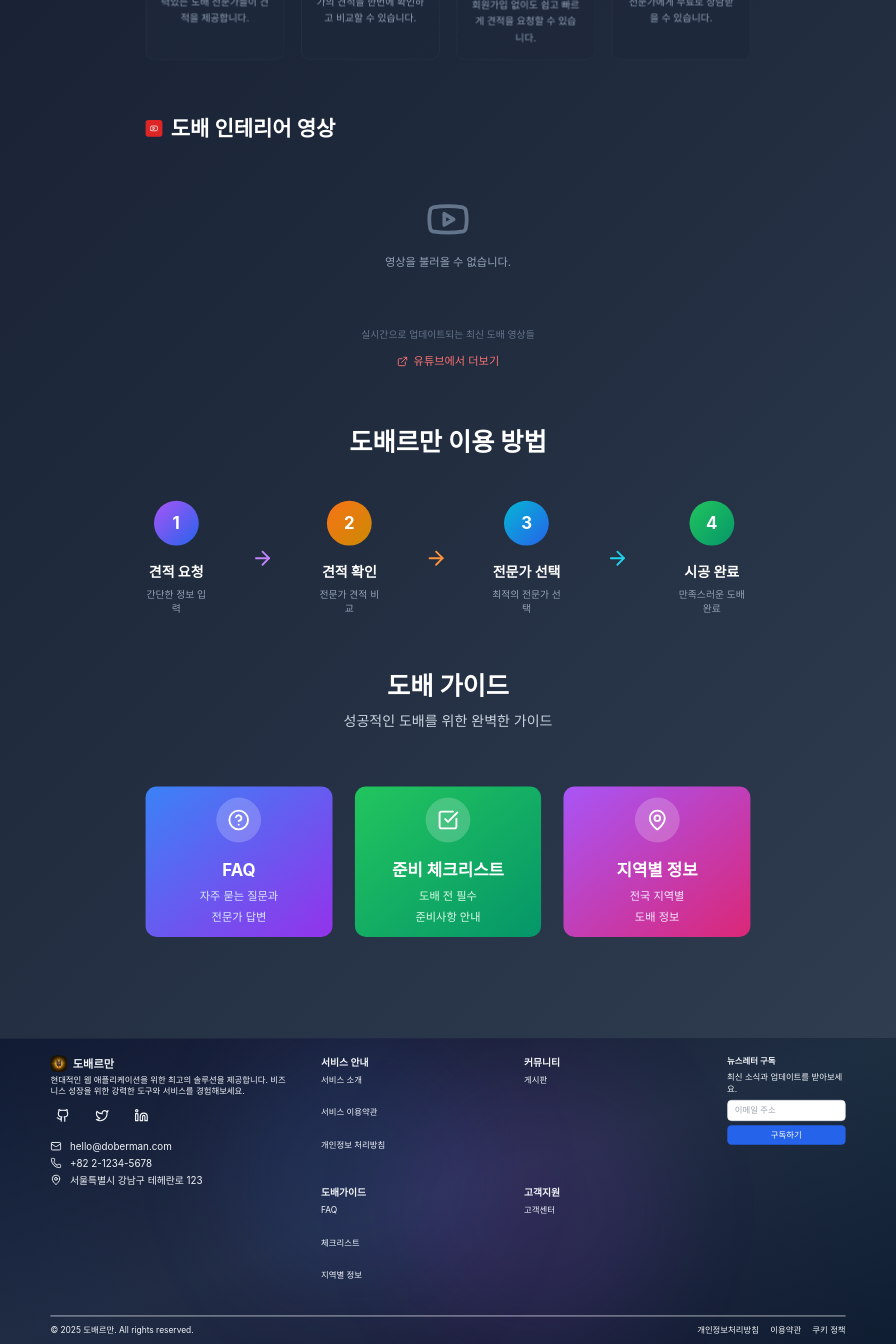
Repository: rambozzang/doberman_nextjs
Page: /
These files come from the project's save history. The page is drawn as it stood at one moment and after the next save; the edit follows.
The browser window is 1280 px wide. The pictures show the part of the page from y = 1519 to 3439 px (the page is 3439 px tall), at 70% of full size.
The page's requests for data from a server got no answer. The project was rebuilt for these pictures with package versions that can differ from the ones it lists, and the page was loaded fresh each time. The framework's server and built-in components were replaced by stand-ins that run in the browser. No one was signed in, and anything a server would have sent is missing. Also part of the build but not shown: next.config.mjs, next.config.ts, src/components/AutoLogoutWarning.tsx, src/components/ForgotPasswordModal.tsx, src/components/LoginModal.tsx, src/components/RegisterModal.tsx.

Above is the page before, as saved 2025-06-28 01:42:57.

After the next save:
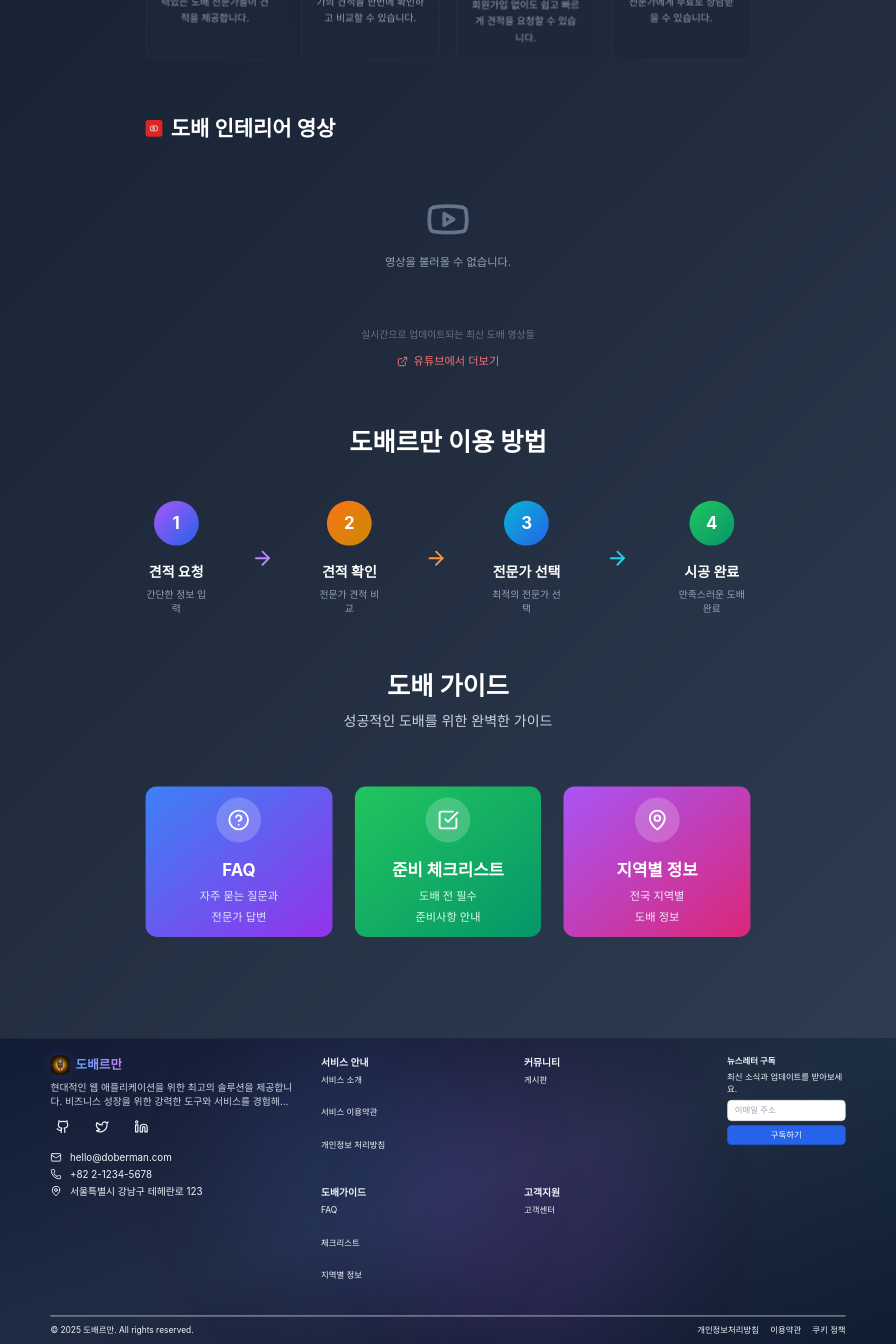
Saved 13 s later.
--- a/src/components/Footer.tsx
+++ b/src/components/Footer.tsx
@@ -129,11 +129,14 @@ const Footer: React.FC<FooterProps> = ({
                 transition={{ duration: 0.5 }}
                 viewport={{ once: true }}
               >
-                <Link href="/" className="flex items-center space-x-2 mb-1 sm:mb-2 lg:mb-1">
-                  <Image src="/logo.png" alt="logo" width={20} height={20} className="sm:w-6 sm:h-6 lg:w-6 lg:h-6" />
-                  <span className="text-sm sm:text-base lg:text-base font-bold text-foreground">{logo}</span>
+                <Link href="/" className="flex items-center space-x-2 mb-2 sm:mb-3 lg:mb-2 group">
+                  <div className="relative">
+                    <div className="absolute inset-0 bg-gradient-to-r from-blue-500 to-purple-500 rounded-lg blur opacity-20 group-hover:opacity-40 transition-opacity"></div>
+                    <Image src="/logo.png" alt="logo" width={24} height={24} className="relative sm:w-7 sm:h-7 lg:w-7 lg:h-7" />
+                  </div>
+                  <span className="text-base sm:text-lg lg:text-lg font-bold bg-gradient-to-r from-blue-400 to-purple-400 bg-clip-text text-transparent">{logo}</span>
                 </Link>
-                <p className="text-muted-foreground text-xs sm:text-sm lg:text-xs leading-snug pr-4 line-clamp-2">
+                <p className="text-slate-300 text-xs sm:text-sm lg:text-sm leading-relaxed pr-4 line-clamp-2">
                   {description}
                 </p>
               </motion.div>
